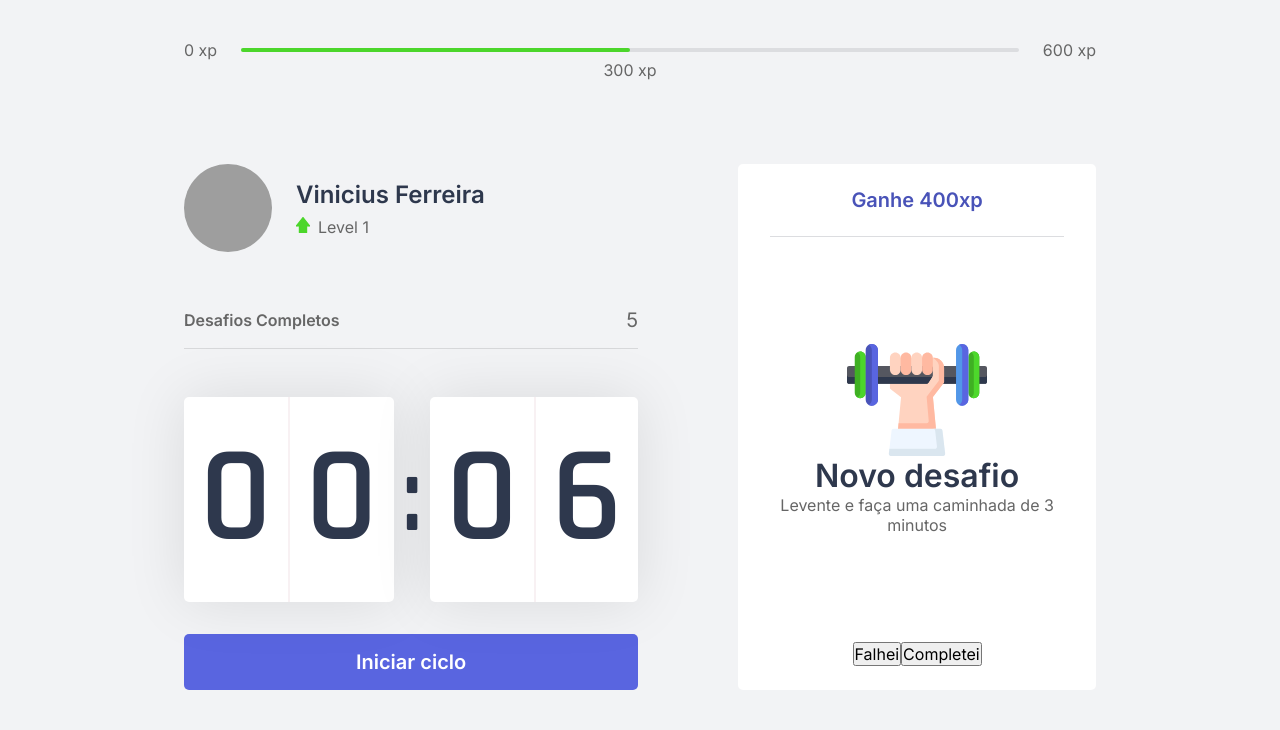
Repository: viniciusfg05/nlwFocus
Page: /
These files come from the project's save history. The page is drawn as it stood at one moment and after the next save; the edit follows.
The browser window is 1280 px wide. The pictures show the whole page.
Pictures or frames that could not be fetched are drawn as grey boxes. The project was rebuilt for these pictures with package versions that can differ from the ones it lists, and the page was loaded fresh each time. The framework's server and built-in components were replaced by stand-ins that run in the browser.

Above is the page before, as saved 2022-02-28 14:02:02.

After the next save:
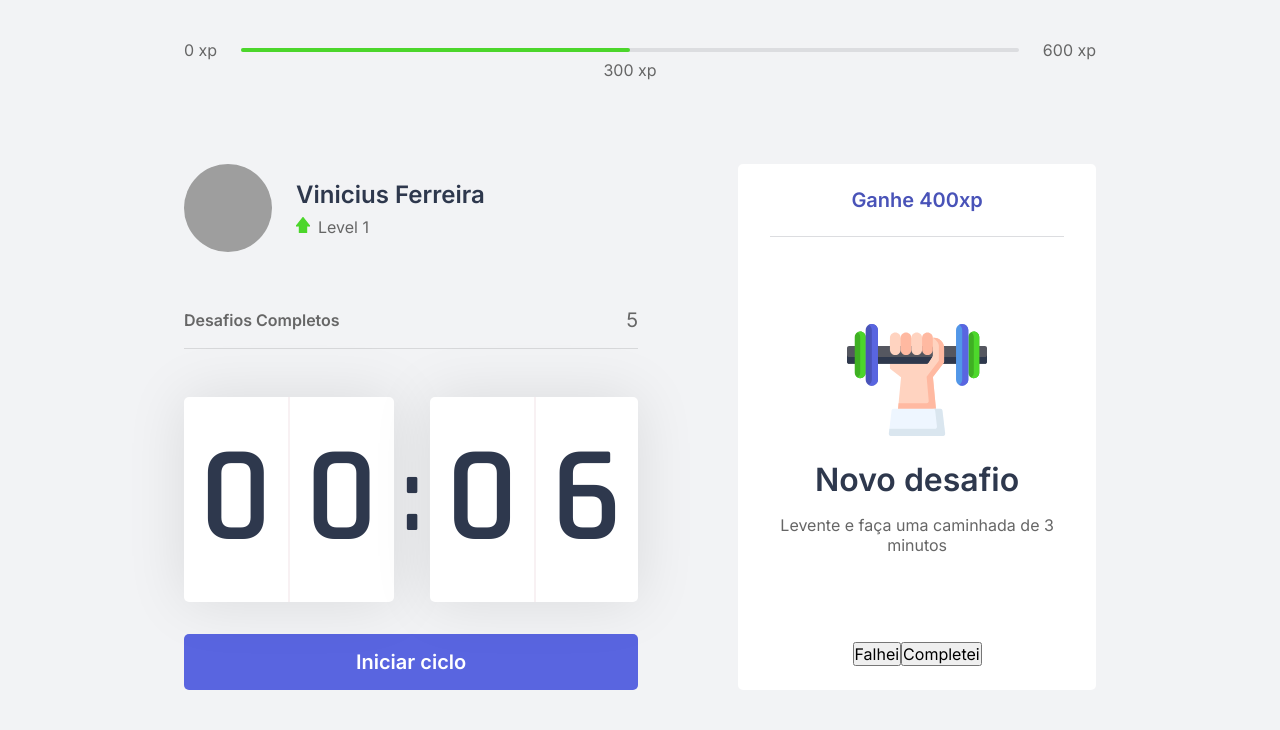
Saved 12 s later.
--- a/src/styles/components/ChallegesBox.module.css
+++ b/src/styles/components/ChallegesBox.module.css
@@ -62,4 +62,5 @@
   font-size: 2rem;
   font-weight: 600;
   color: var(--title);
+  margin: 1.5rem 0 1rem;
 }
